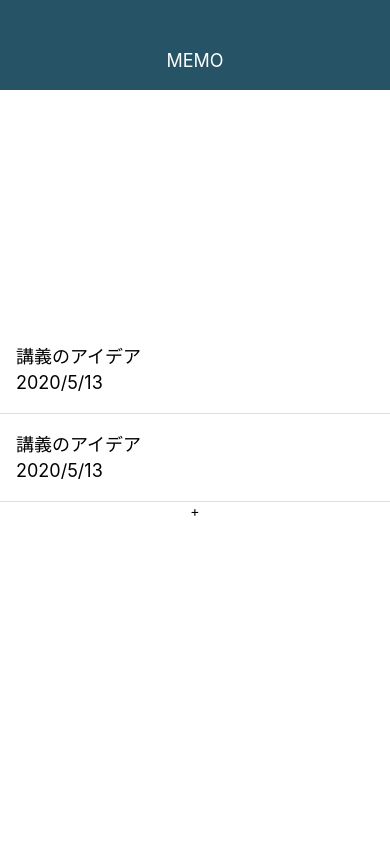
Repository: NagataRyuji0630/memo_app_for_reactNative
Page: /
The author's editor kept a copy of each file at every save. The page is drawn from the files as they stood at one save, then again after the next save.
The browser window is 390 px wide. The pictures show the whole page.
The app was drawn by React Native's web renderer in a window 390 px wide. The project was rebuilt for these pictures with package versions that can differ from the ones it lists, and the page was loaded fresh each time.

Above is the page before, as saved 2020-05-14 07:52:37.

### App.js
import React from 'react';
import { StyleSheet, Text, View } from 'react-native';

export default class App extends React.Component {
  render() {
    return (
      <View style={styles.container}>
        <View style={styles.appbar}>
          <View>
            <Text style={styles.appbarTitle}>MEMO</Text>
          </View>
        </View>

        <View style={styles.memoList}>
          <View style={styles.memoListItem}>
            <Text style={styles.memoTitle}>講義のアイデア</Text>
            <Text style={styles.memoTitle}>2020/5/13</Text>
          </View>
        </View>

        <View style={styles.memoList}>
          <View style={styles.memoListItem}>
            <Text style={styles.memoTitle}>講義のアイデア</Text>
            <Text style={styles.memoTitle}>2020/5/13</Text>
          </View>
        </View>

        <View>
          <Text>+</Text>
        </View>
      </View>
    );
  }
}

const styles = StyleSheet.create({
  container: {
    flex: 1,
    backgroundColor: '#fff',
    alignItems: 'center',
    justifyContent: 'center',
  },
  appbar: {
    position: 'absolute',
    top: 0,
    left: 0,
    right: 0,
    height: 90,
    paddingTop: 30,
    backgroundColor: '#265366',
    justifyContent: 'center',
    alignItems: 'center',
  },
  appbarTitle: {
    color: '#fff',
    fontSize: 18,
  },
  memoList: {
    width: '100%',
  },
  memoListItem: {
    padding: 16,
    borderBottomWidth: 1,
    borderBottomColor: '#ddd',
  },
  memoTitle: {
    fontSize: 18,
    marginBottom: 4,
  },
  memoDare: {
    fontSize: 12,
    color: '#a2a2a2'
  }
});

After the next save:
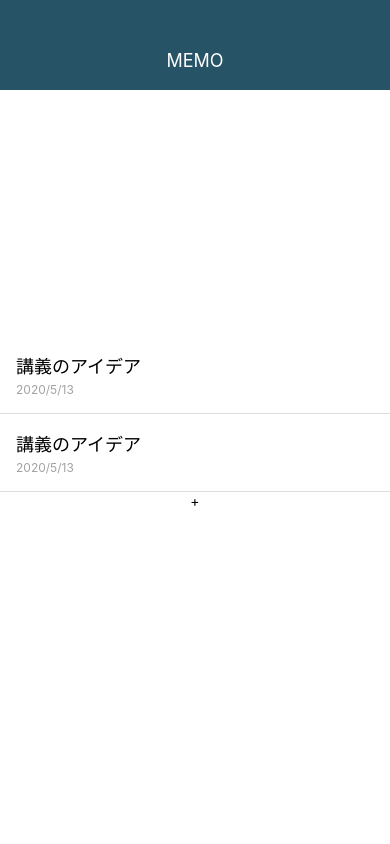
Saved 28 s later.
--- a/App.js
+++ b/App.js
@@ -14,14 +14,14 @@ export default class App extends React.Component {
         <View style={styles.memoList}>
           <View style={styles.memoListItem}>
             <Text style={styles.memoTitle}>講義のアイデア</Text>
-            <Text style={styles.memoTitle}>2020/5/13</Text>
+            <Text style={styles.memoDate}>2020/5/13</Text>
           </View>
         </View>
 
         <View style={styles.memoList}>
           <View style={styles.memoListItem}>
             <Text style={styles.memoTitle}>講義のアイデア</Text>
-            <Text style={styles.memoTitle}>2020/5/13</Text>
+            <Text style={styles.memoDate}>2020/5/13</Text>
           </View>
         </View>
 
@@ -67,7 +67,7 @@ const styles = StyleSheet.create({
     fontSize: 18,
     marginBottom: 4,
   },
-  memoDare: {
+  memoDate: {
     fontSize: 12,
     color: '#a2a2a2'
   }
